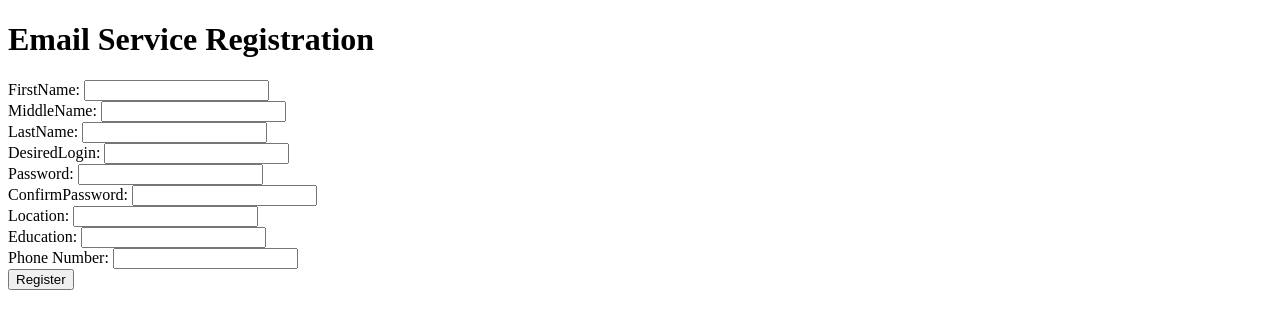
Repository: KnOX-07/eclipse-workspace
Page: ValidationForm/src/main/webapp/registration.html
The author's editor kept a copy of each file at every save. The page is drawn from the files as they stood at one save, then again after the next save.
The browser window is 1280 px wide. The pictures show the whole page.

Above is the page before, as saved 2024-08-08 12:35:18.

After the next save:
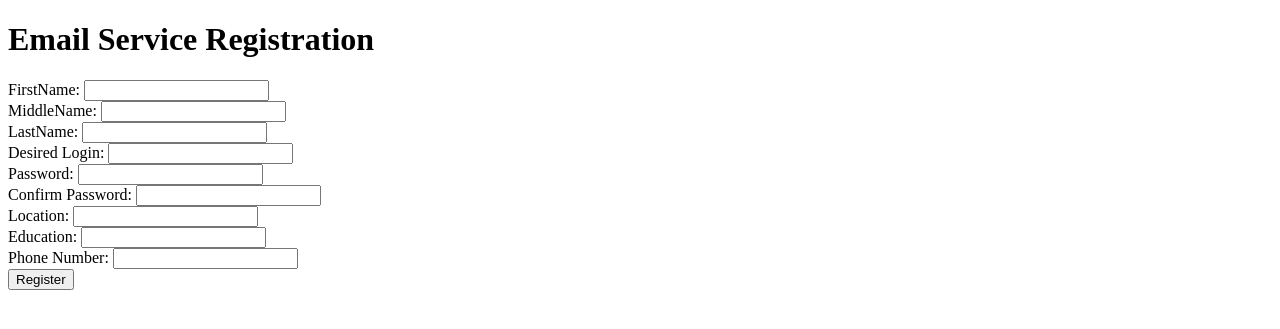
Saved 7 s later.
--- a/ValidationForm/src/main/webapp/registration.html
+++ b/ValidationForm/src/main/webapp/registration.html
@@ -16,13 +16,13 @@
         <label for="lastName">LastName:</label>
         <input type="text" id="lastName" name="lastName" required><br>
 
-        <label for="login">DesiredLogin:</label>
+        <label for="login">Desired Login:</label>
         <input type="text" id="login" name="login" required><br>
 
         <label for="password">Password:</label>
         <input type="password" id="password" name="password" required><br>
 
-        <label for="confirmPassword">ConfirmPassword:</label>
+        <label for="confirmPassword">Confirm Password:</label>
         <input type="password" id="confirmPassword" name="confirmPassword" required><br>
 
         <label for="location">Location:</label>
